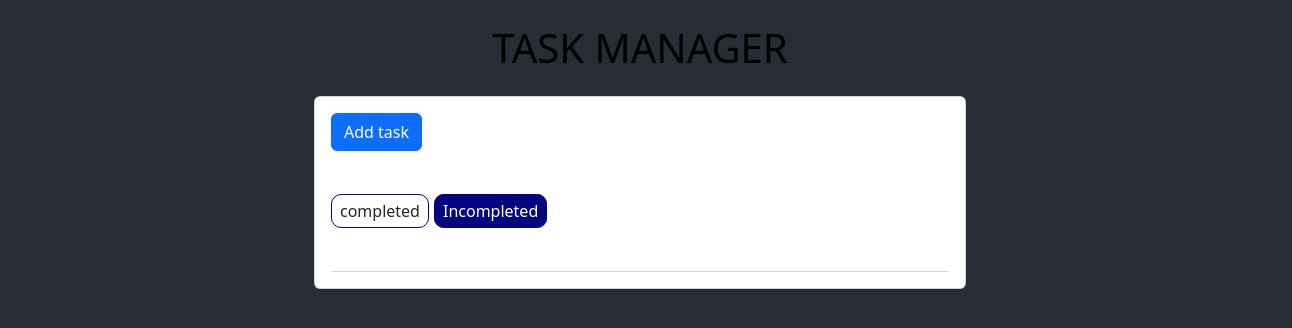
Repository: Jcparks84/task_manager
Page: / (app in frontend/)
An editor plug-in stored every save of this project. The page is shown before and after the next save, followed by the edit.
The browser window is 1280 px wide. The page is 1292 px wide, so the pictures cover 1292 px, including what lies to the right of the window. The pictures show the whole page.
The page's requests for data from a server got no answer. The project was rebuilt for these pictures with package versions that can differ from the ones it lists, and the page was loaded fresh each time. No one was signed in, and anything a server would have sent is missing. Also part of the build but not shown: frontend/src/components/Modal.js.

Above is the page before, as saved 2022-08-11 17:11:49.

### frontend/src/index.css
html {
  background-color: #282c34;
}

body {
  margin: 0;
  padding:0;
  font-family: sans-serif;
  -webkit-font-smoothing: antialiased;
}

.todo-title{
  cursor:pointer;
}
.completed-todo {
  text-decoration: line-through;
}
.tab-list > span {
  padding: 5px 8px;
  border : 1px solid rgb(5, 5, 128);
  border-radius:10px;
  margin-right:5px;
  cursor: pointer;
}
.tab-list>span.active {
  background-color: rgb(5, 5, 128);
  color:#fff;
}

### frontend/src/App.js
import React, { Component } from "react";
import Modal from "./components/Modal";
import axios from 'axios';
import './App.css'
class App extends Component {
  constructor(props) {
    super(props);
    this.state = {
      viewCompleted: false,
      activeItem: {
        title: "",
        description: "",
        completed: false
      },
      taskList: []
    };
  }

  componentDidMount() {
    this.refreshList();
  }


  refreshList = () => {
    axios
      .get("http://localhost:8000/api/tasks/")
      .then(res => this.setState({ taskList: res.data }))
      .catch(err => console.log(err));
  };


  displayCompleted = status => {
    if (status) {
      return this.setState({ viewCompleted: true });
    }
    return this.setState({ viewCompleted: false });
  };


  renderTabList = () => {
    return (
      <div className="my-5 tab-list">
        <span
          onClick={() => this.displayCompleted(true)}
          className={this.state.viewCompleted ? "active" : ""}
        >
          completed
            </span>
        <span
          onClick={() => this.displayCompleted(false)}
          className={this.state.viewCompleted ? "" : "active"}
        >
          Incompleted
            </span>
      </div>
    );
  };

  renderItems = () => {
    const { viewCompleted } = this.state;
    const newItems = this.state.taskList.filter(
      item => item.completed === viewCompleted
    );
    return newItems.map(item => (
      <li
        key={item.id}
        className="list-group-item d-flex justify-content-between align-items-center"
      >
        <span
          className={`todo-title mr-2 ${this.state.viewCompleted ? "completed-todo" : ""
            }`}
          title={item.description}
        >
          {item.title}
        </span>
        <span>
          <button
            onClick={() => this.editItem(item)}
            className="btn btn-secondary mr-2"
          >
            Edit
          </button>
          <button
            onClick={() => this.handleDelete(item)}
            className="btn btn-danger"
          >
            Delete
          </button>
        </span>
      </li>
    ));
  };



  toggle = () => {
    this.setState({ modal: !this.state.modal });
  };

  handleSubmit = item => {
    this.toggle();
    if (item.id) {
      axios
        .put(`http://localhost:8000/api/tasks/${item.id}/`, item)
        .then(res => this.refreshList());
      return;
    }
    axios
      .post("http://localhost:8000/api/tasks/", item)
      .then(res => this.refreshList());
  };

  handleDelete = item => {
    axios
      .delete(`http://localhost:8000/api/tasks/${item.id}/`)
      .then(res => this.refreshList());
  };

  createItem = () => {
    const item = { title: "", description: "", completed: false };
    this.setState({ activeItem: item, modal: !this.state.modal });
  };

  editItem = item => {
    this.setState({ activeItem: item, modal: !this.state.modal });
  };


  render() {
    return (
      <main className="content">
        <h1 className="text-black text-uppercase text-center my-4">Task Manager</h1>
        <div className="row ">
          <div className="col-md-6 col-sm-10 mx-auto p-0">
            <div className="card p-3">
              <div className="">
                <button onClick={this.createItem} className="btn btn-primary">
                  Add task
                    </button>
              </div>
              {this.renderTabList()}
              <ul className="list-group list-group-flush">
                {this.renderItems()}
              </ul>
            </div>
          </div>
        </div>
        {this.state.modal ? (
          <Modal
            activeItem={this.state.activeItem}
            toggle={this.toggle}
            onSave={this.handleSubmit}
          />
        ) : null}
      </main>
    );
  }
}
export default App;

### frontend/src/App.css
.App {
  text-align: center;
}

html, body, #wrapper {
  width: 100%;
  min-height: 100%;
}

.App-logo {
  height: 40vmin;
  pointer-events: none;
}

@media (prefers-reduced-motion: no-preference) {
  .App-logo {
    animation: App-logo-spin infinite 20s linear;
  }
}

.App-header {
  background-color: #282c34;
  min-height: 100vh;
  display: flex;
  flex-direction: column;
  align-items: center;
  justify-content: center;
  font-size: calc(10px + 2vmin);
  color: white;
}

.App-link {
  color: #61dafb;
}

.content {
  background-color: #282c34;
}


@keyframes App-logo-spin {
  from {
    transform: rotate(0deg);
  }
  to {
    transform: rotate(360deg);
  }
}

Loaded but not shown: frontend/public/index.html (common file); frontend/src/index.js (common file); frontend/src/reportWebVitals.js (common file)

After the next save:
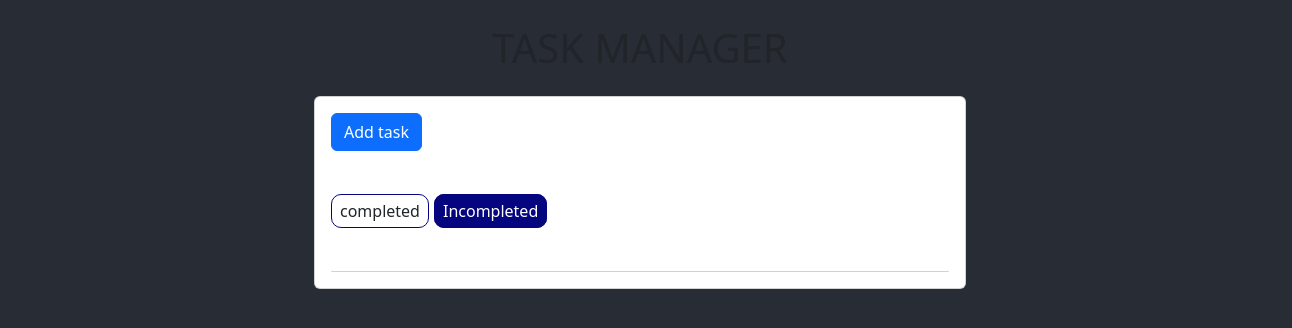
Saved 29 s later.
--- a/frontend/src/App.js
+++ b/frontend/src/App.js
@@ -129,7 +129,7 @@ class App extends Component {
   render() {
     return (
       <main className="content">
-        <h1 className="text-black text-uppercase text-center my-4">Task Manager</h1>
+        <h1 className="text-coral text-uppercase text-center my-4">Task Manager</h1>
         <div className="row ">
           <div className="col-md-6 col-sm-10 mx-auto p-0">
             <div className="card p-3">
